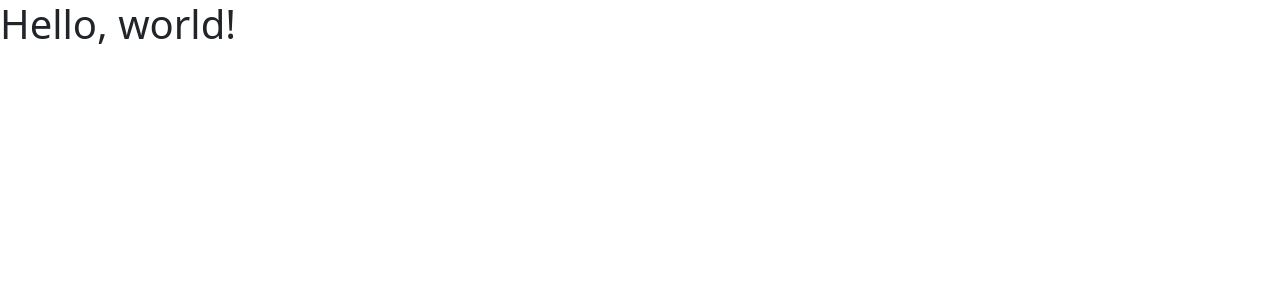
Repository: QuentinFayt/NewsWeb
Page: sources/adminNewsWeb/createArticle.html
These files come from the project's save history. The page is drawn as it stood at one moment and after the next save; the edit follows.
The browser window is 1280 px wide. The pictures show the whole page.

Above is the page before, as saved 2021-12-23 10:49:18.

### sources/adminNewsWeb/createArticle.html
<!doctype html>
<html lang="fr">

<head>
    <!-- Required meta tags -->
    <meta charset="utf-8">
    <meta name="viewport" content="width=device-width, initial-scale=1">

    <!-- Bootstrap CSS -->
    <link href="https://cdn.jsdelivr.net/npm/bootstrap@5.1.3/dist/css/bootstrap.min.css" rel="stylesheet" integrity="sha384-1BmE4kWBq78iYhFldvKuhfTAU6auU8tT94WrHftjDbrCEXSU1oBoqyl2QvZ6jIW3" crossorigin="anonymous">

    <title>Créer un article</title>
</head>

<body>
    <h1>Hello, world!</h1>
    <script src="https://cdn.jsdelivr.net/npm/bootstrap@5.1.3/dist/js/bootstrap.bundle.min.js" integrity="sha384-ka7Sk0Gln4gmtz2MlQnikT1wXgYsOg+OMhuP+IlRH9sENBO0LRn5q+8nbTov4+1p" crossorigin="anonymous"></script>


</body>

</html>

After the next save:
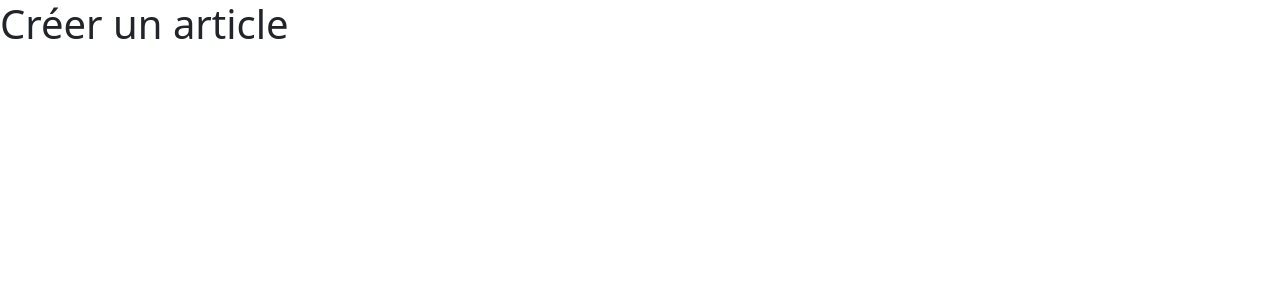
Saved 9 s later.
--- a/sources/adminNewsWeb/createArticle.html
+++ b/sources/adminNewsWeb/createArticle.html
@@ -13,7 +13,7 @@
 </head>
 
 <body>
-    <h1>Hello, world!</h1>
+    <h1>Créer un article</h1>
     <script src="https://cdn.jsdelivr.net/npm/bootstrap@5.1.3/dist/js/bootstrap.bundle.min.js" integrity="sha384-ka7Sk0Gln4gmtz2MlQnikT1wXgYsOg+OMhuP+IlRH9sENBO0LRn5q+8nbTov4+1p" crossorigin="anonymous"></script>
 
 
